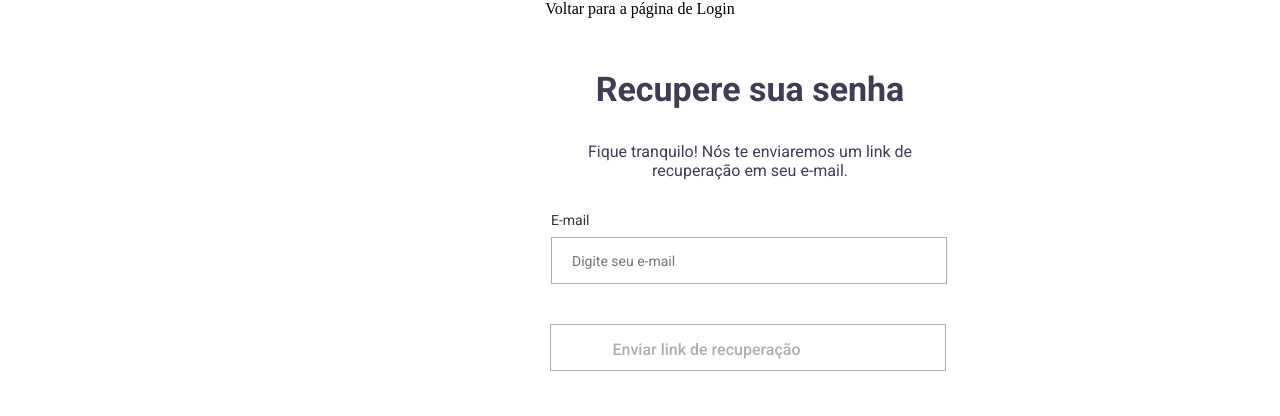
Repository: RenatoCCS/formularios
Page: senha.html
These files come from the project's save history. The page is drawn as it stood at one moment and after the next save; the edit follows.
The browser window is 1280 px wide. The pictures show the whole page.

Above is the page before, as saved 2023-03-27 22:07:25.

After the next save:
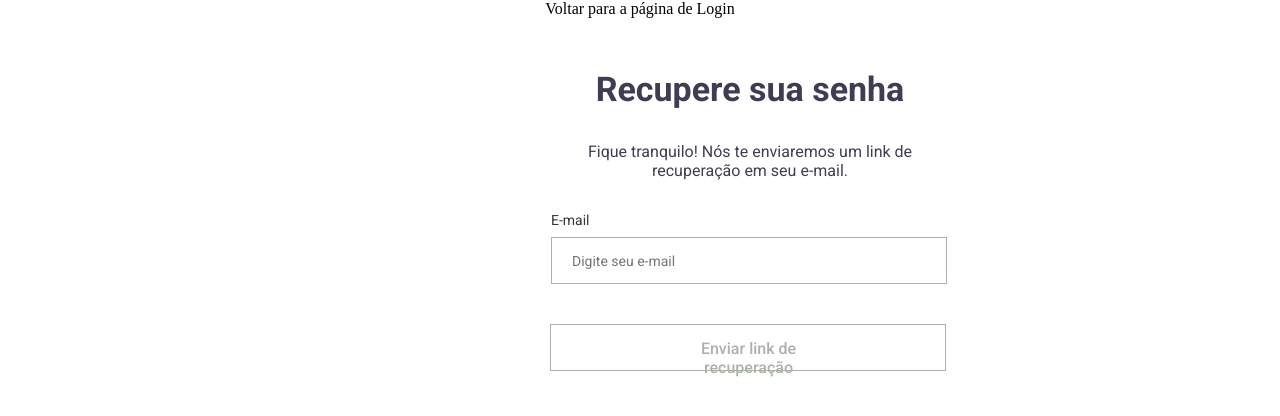
Saved 9 s later.
--- a/style.css
+++ b/style.css
@@ -866,7 +866,7 @@
   font-weight: 500;
   font-size: 16px;
   line-height: 19px;
-  padding: 14px 103px 11px 20px;
+  padding: 14px 103px 14px 104px;
 }
 
 .senha__Botao__Campo {
